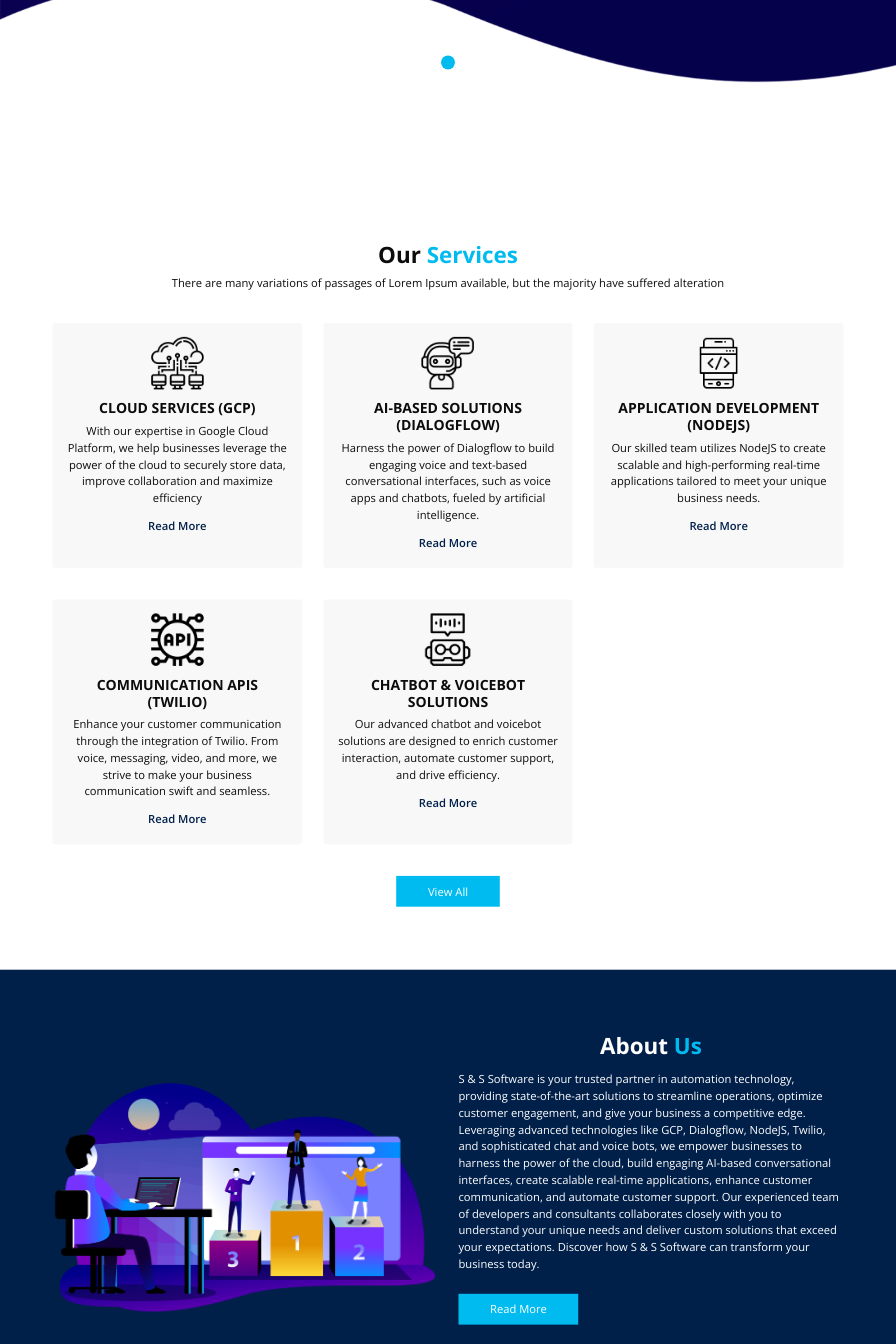
Repository: samuelsns/S-S-Software
Page: index.html
An editor plug-in stored every save of this project. The page is shown before and after the next save, followed by the edit.
The browser window is 1280 px wide. The pictures show the part of the page from y = 776 to 2696 px (the page is 4849 px tall), at 70% of full size.

Above is the page before, as saved 2023-12-01 02:57:25.

After the next save:
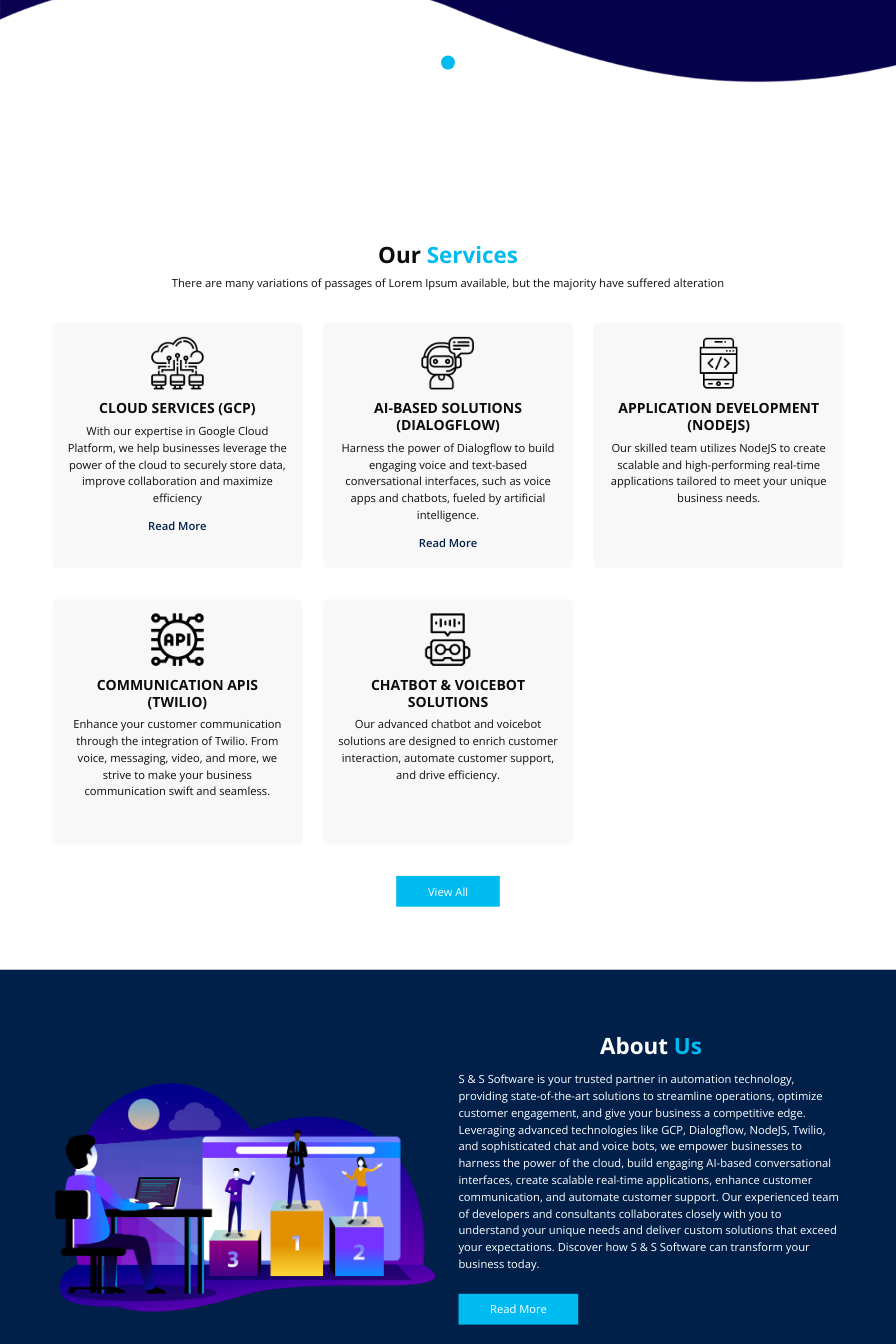
Saved 34 s later.
--- a/index.html
+++ b/index.html
@@ -249,7 +249,6 @@
                     applications tailored to meet your unique
                     business needs.
                   </p>
-                  <a href=""> Read More </a>
                 </div>
               </div>
             </div>
@@ -267,7 +266,6 @@
                     messaging, video, and more, we strive to
                     make your business communication swift and seamless.
                   </p>
-                  <a href=""> Read More </a>
                 </div>
               </div>
             </div>
@@ -284,7 +282,6 @@
                     are designed to enrich customer interaction,
                     automate customer support, and drive efficiency.
                   </p>
-                  <a href=""> Read More </a>
                 </div>
               </div>
             </div>
